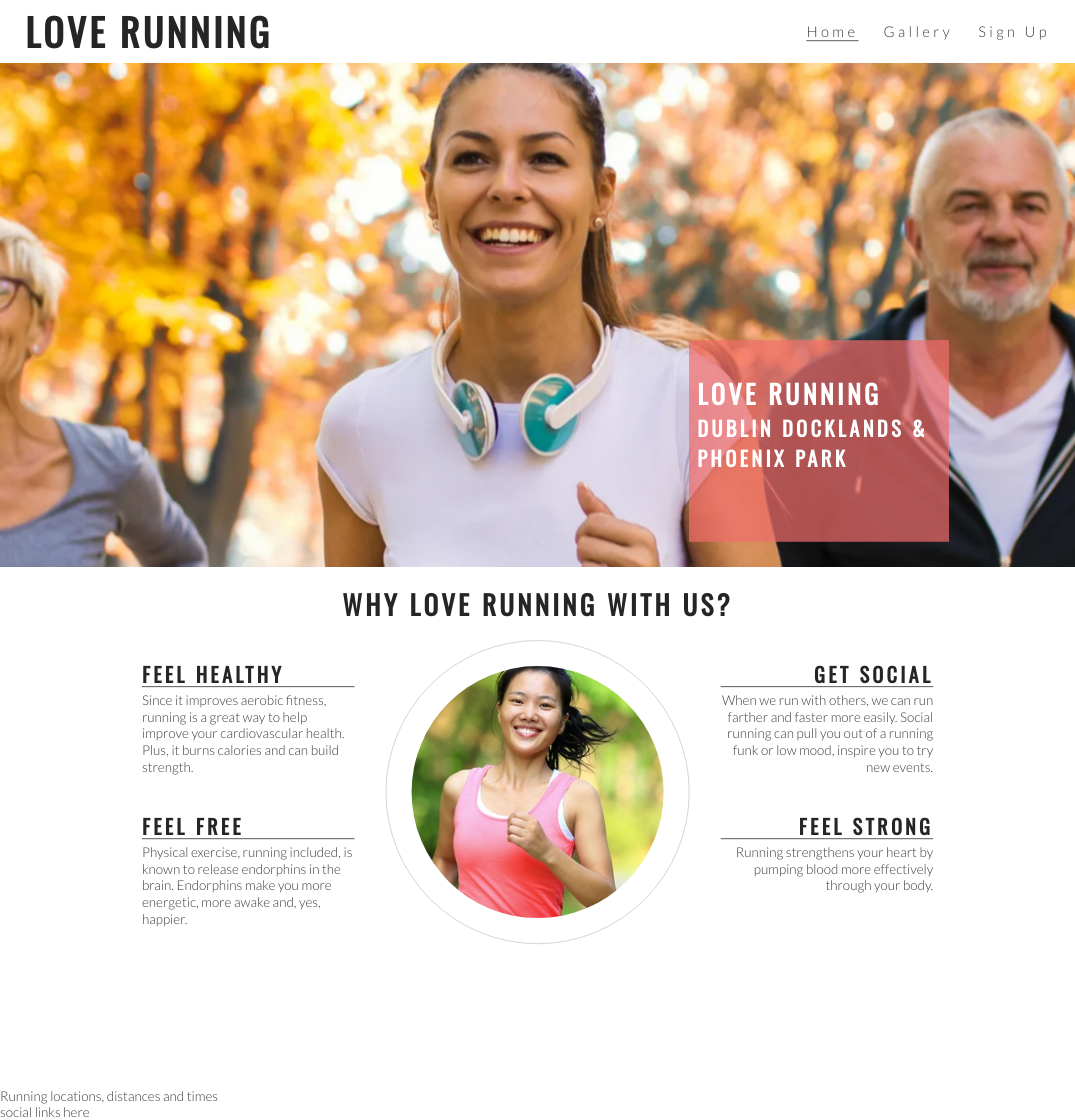
Repository: dcsndevs/love-running
Page: index.html
These files come from the project's save history. The page is drawn as it stood at one moment and after the next save; the edit follows.
The browser window is 1280 px wide. The pictures show the whole page, at 84% of full size.

Above is the page before, as saved 2023-06-21 10:07:13.

After the next save:
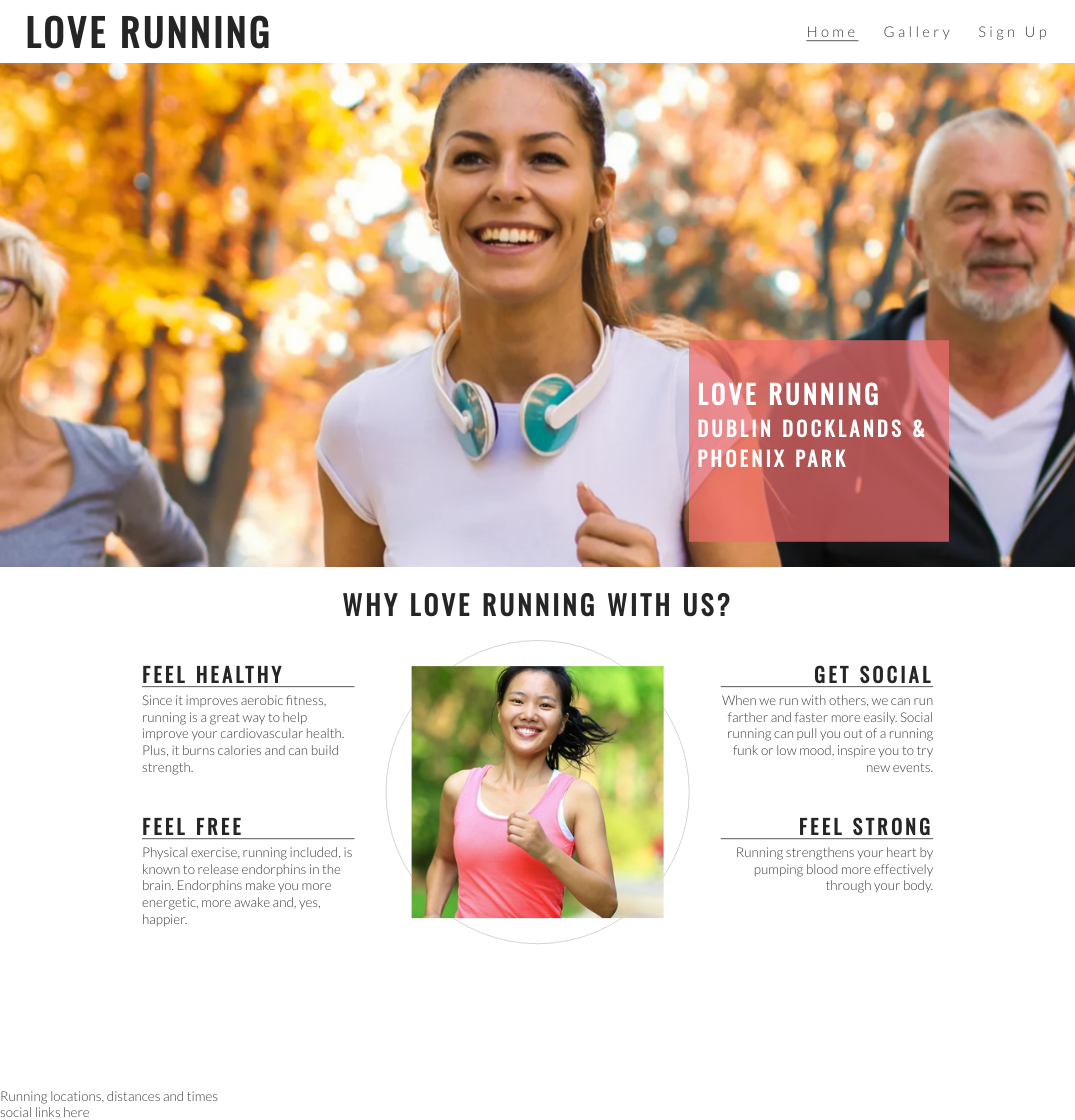
Saved 15 s later.
--- a/assets/css/style.css
+++ b/assets/css/style.css
@@ -188,5 +188,5 @@
 #circle-cover-bg {
     background: url('../images/ethos-center-image.jpg') no-repeat center center;
     height: 100%;
-    border-radius: 50%
+    border-radius: 50
 }

After the save that followed:
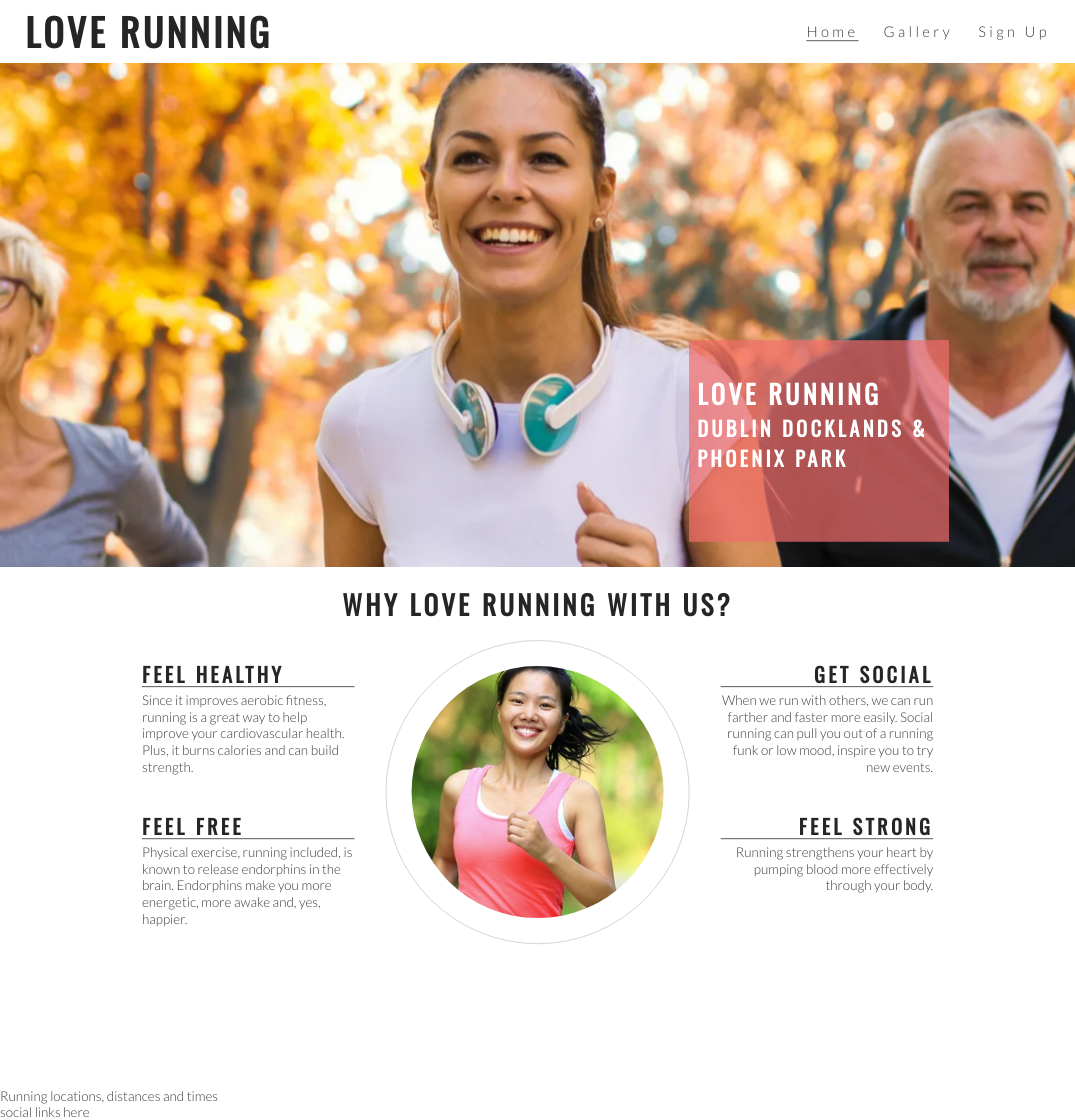
Saved 8 s later.
--- a/assets/css/style.css
+++ b/assets/css/style.css
@@ -188,5 +188,5 @@
 #circle-cover-bg {
     background: url('../images/ethos-center-image.jpg') no-repeat center center;
     height: 100%;
-    border-radius: 50
+    border-radius: 50%;
 }
